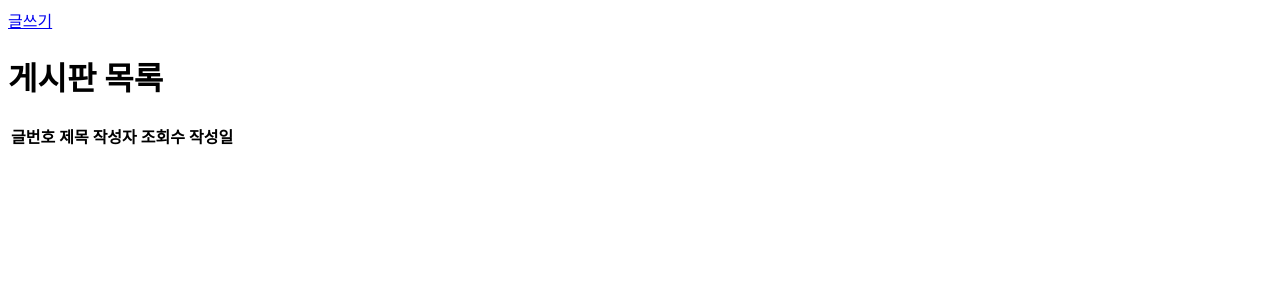
Repository: rmh6363/javastudy
Page: http://localhost/MyBoard/list.jsp
An editor plug-in stored every save of this project. The page is shown before and after the next save, followed by the edit.
The browser window is 1280 px wide. The pictures show the whole page.
The page is served by Tomcat 9.

Above is the page before, as saved 2021-01-04 06:56:03.

After the next save:
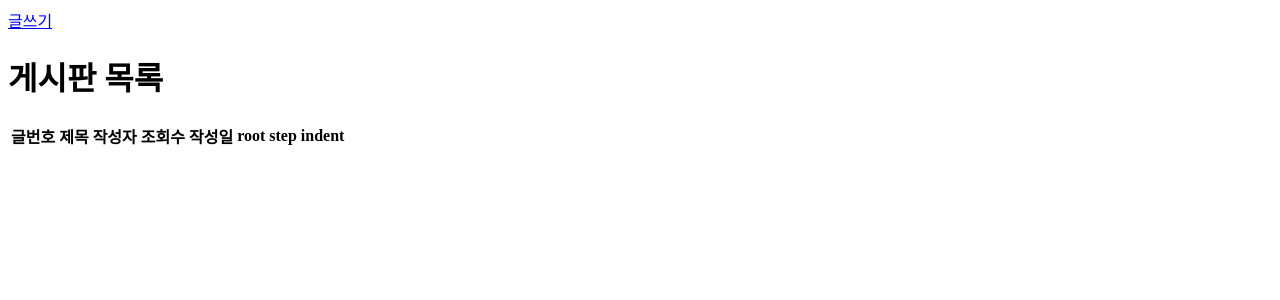
Saved 73 s later.
--- a/MyBoard/WebContent/list.jsp
+++ b/MyBoard/WebContent/list.jsp
@@ -21,6 +21,9 @@
 		<th>작성자</th>
 		<th>조회수</th>
 		<th>작성일</th>
+		<th>root</th>
+		<th>step</th>
+		<th>indent</th>
 	</tr>
 
 </thead>
